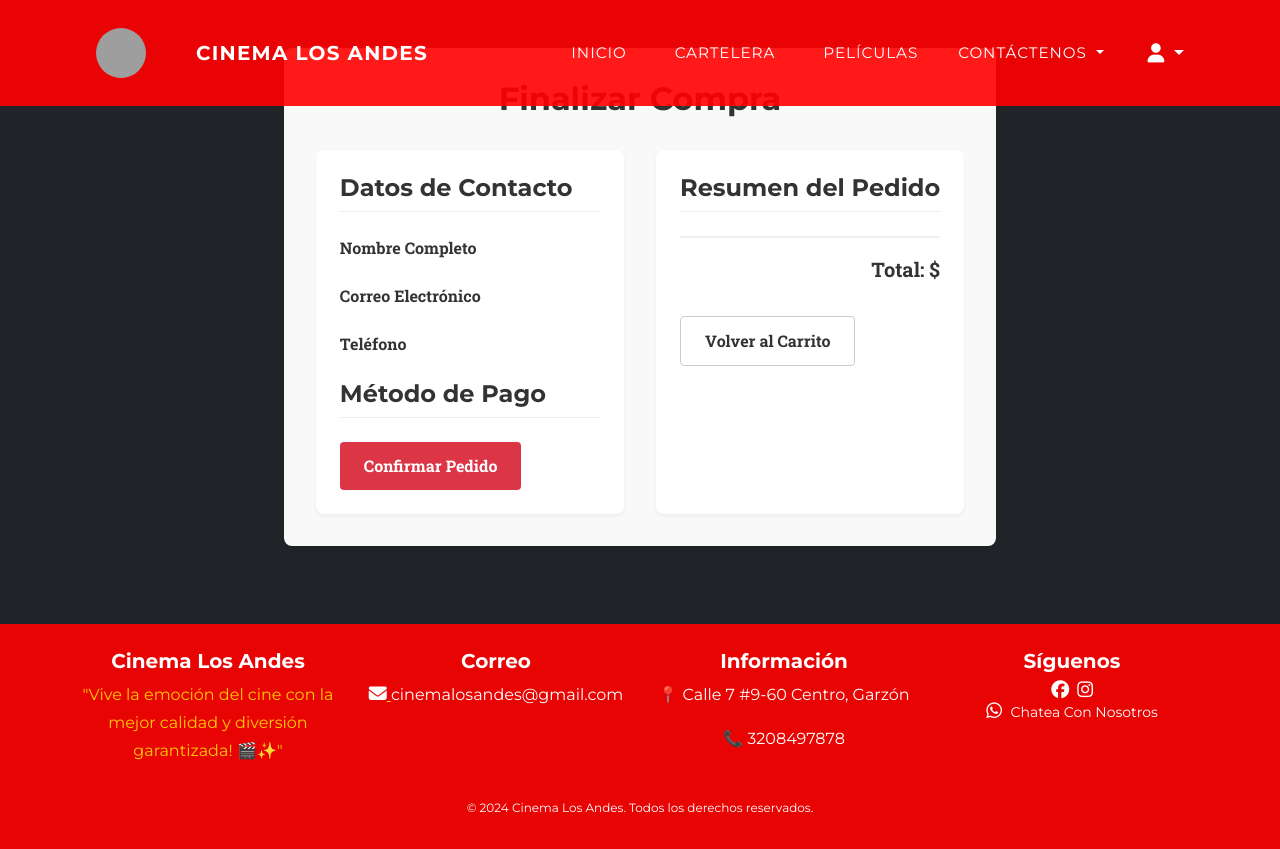
Repository: FelipeADSO/PROYECTO-SENA-FINAL
Page: cinema/templates/finalizar_compra.html
An editor plug-in stored every save of this project. The page is shown before and after the next save, followed by the edit.
The browser window is 1280 px wide. The pictures show the whole page.
Pictures or frames that could not be fetched are drawn as grey boxes. Some web libraries are served in a nearby version. The template is drawn by Django 5.2. The application's start-up code is not run. The template is opened directly, without the code that normally fills it, so the values that code supplies are empty.

Above is the page before, as saved 2025-03-06 09:17:54.

After the next save:
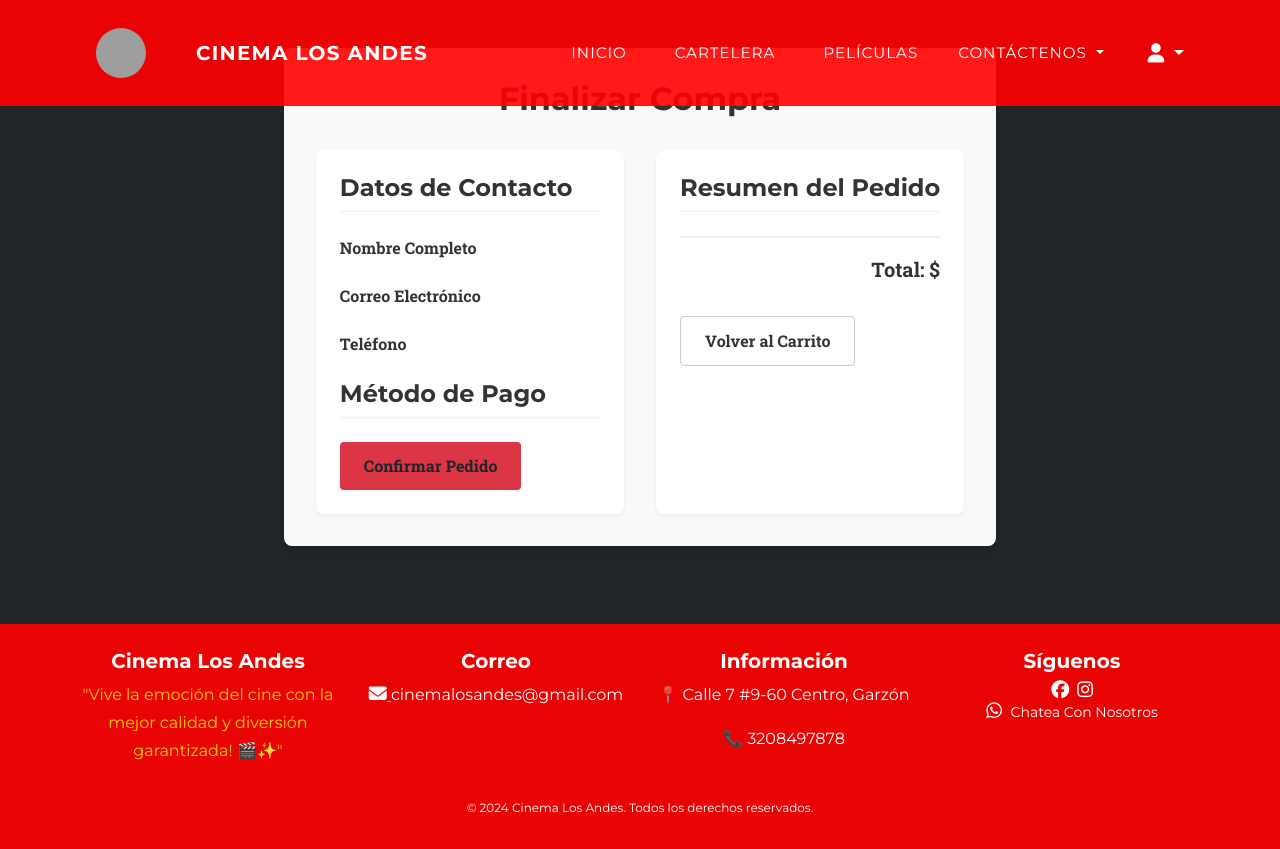
Saved 6 min 55 s later.
--- a/cinema/templates/finalizar_compra.html
+++ b/cinema/templates/finalizar_compra.html
@@ -209,7 +209,7 @@
                         {% endif %}
                     </div>
 
-                    <button type="submit" class="btn btn-danger">
+                    <button type="submit" class="btn bg-danger">
                         Confirmar Pedido
                     </button>
                 </form>

After the save that followed:
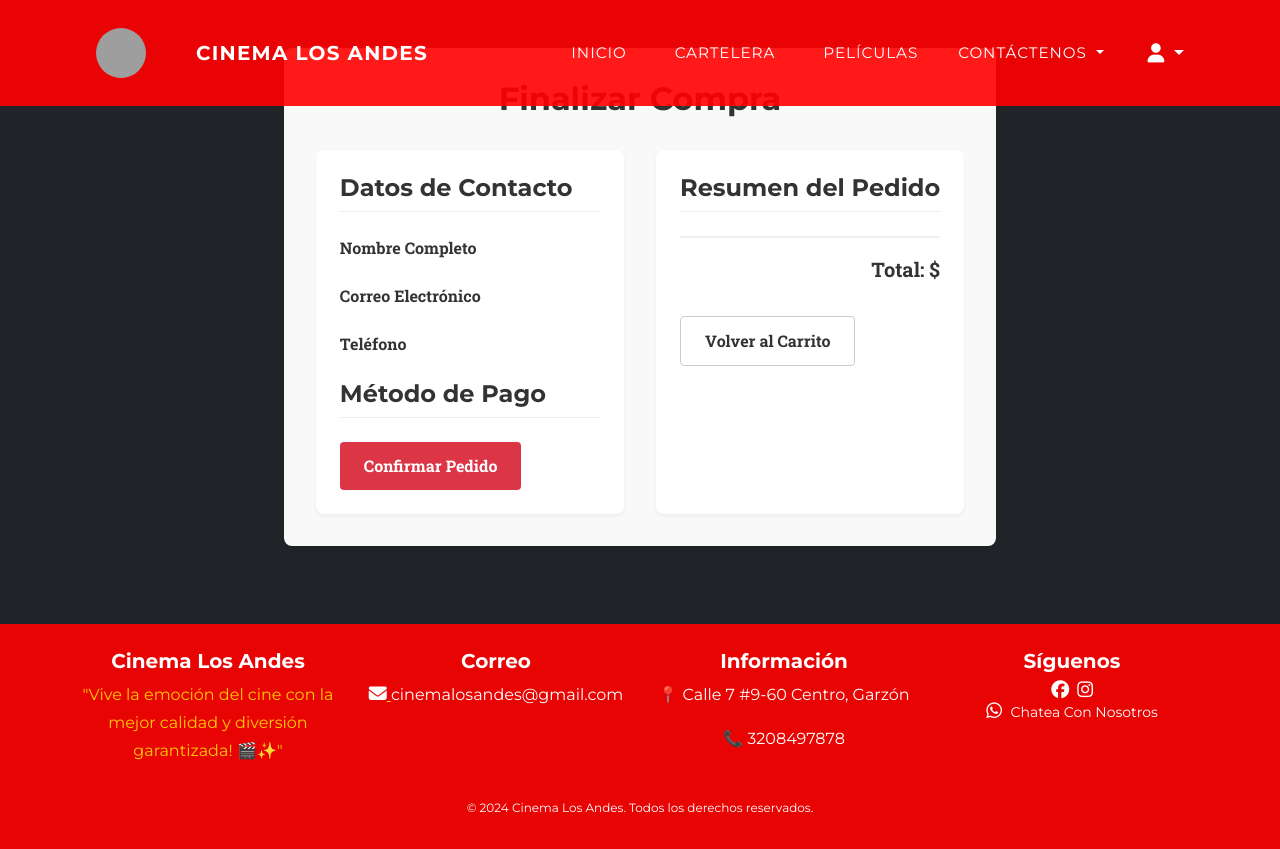
Saved 10 s later.
--- a/cinema/templates/finalizar_compra.html
+++ b/cinema/templates/finalizar_compra.html
@@ -209,7 +209,7 @@
                         {% endif %}
                     </div>
 
-                    <button type="submit" class="btn bg-danger">
+                    <button type="submit" class="btn btn-danger">
                         Confirmar Pedido
                     </button>
                 </form>
